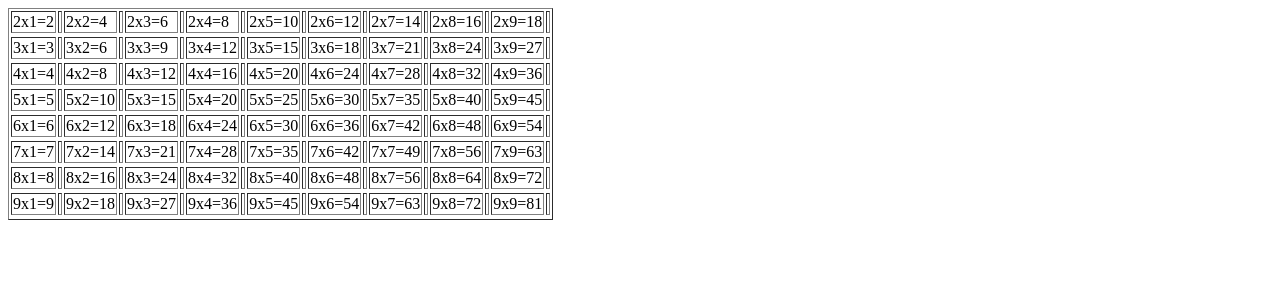
Repository: tldnwkd/jspclass2026
Page: http://localhost/chapter01/test02.jsp
The author's editor kept a copy of each file at every save. The page is drawn from the files as they stood at one save, then again after the next save.
The browser window is 1280 px wide. The pictures show the whole page.
The page is served by Tomcat 9.

Above is the page before, as saved 2026-10-16 04:06:39.

After the next save:
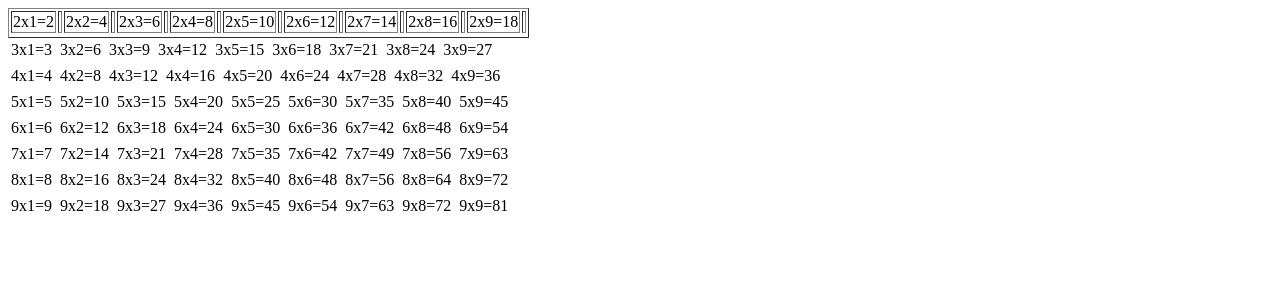
Saved 85 s later.
--- a/chapter01/src/main/webapp/test02.jsp
+++ b/chapter01/src/main/webapp/test02.jsp
@@ -13,7 +13,7 @@
 	<tr>
 	<%for(int j=1; j<10; j++){%>
 	<td><%=i%>x<%=j%>=<%=i*j%><td/><br/>
-	<%}%><tr/>
+	<%}%><tr/><table/>
 <%}%>
 </table>
 </body>
